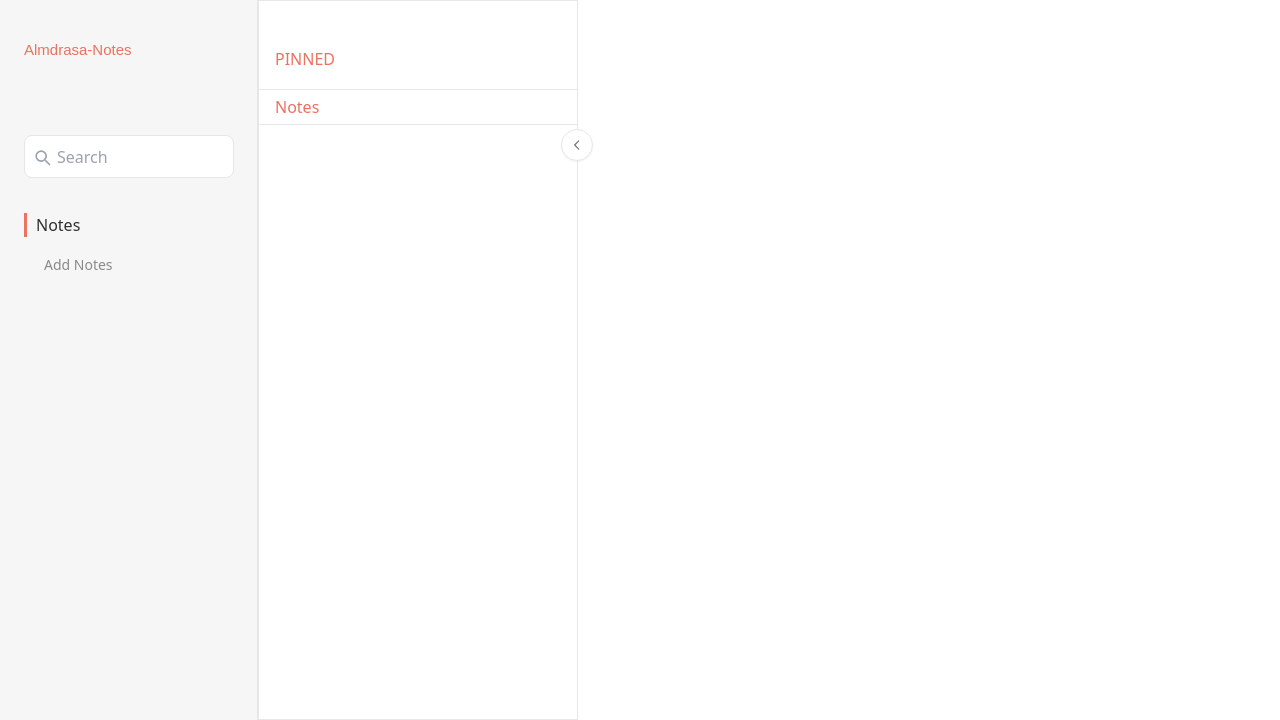
Repository: wafaa399/Note-App
Page: index.html
An editor plug-in stored every save of this project. The page is shown before and after the next save, followed by the edit.
The browser window is 1280 px wide. The pictures show the whole page.
Some web fonts or font styles are not loaded; a fallback is used. Some web libraries are served in a nearby version.

Above is the page before, as saved 2026-07-18 01:03:38.

### index.html
<!doctype html>
<html lang="en">
  <head>
    <meta charset="UTF-8" />
    <meta name="viewport" content="width=device-width, initial-scale=1.0" />
    <meta
      name="description"
      content="A notes application built with HTML, CSS, and JavaScript."
    />
    <meta name="keywords" content="notes, HTML, CSS, JavaScript" />
    <link rel="icon" href="/img/Logo.png" type="image/png" />
    <title>Note App</title>
    <script src="https://cdn.tailwindcss.com"></script>
    <link rel="preconnect" href="https://fonts.googleapis.com" />
    <link rel="preconnect" href="https://fonts.gstatic.com" crossorigin />
    <link
      href="https://fonts.googleapis.com/css2?family=Aclonica&display=swap"
      rel="stylesheet"
    />

    <script>
      tailwind.config = {
        theme: {
          extend: {
            fontFamily: {
              aclonica: ["Aclonica", "sans-serif"],
            },
          },
        },
      };
    </script>
  </head>
  <script
    type="module"
    src="https://unpkg.com/ionicons@7.1.0/dist/ionicons/ionicons.esm.js"
  ></script>

  <script
    nomodule
    src="https://unpkg.com/ionicons@7.1.0/dist/ionicons/ionicons.js"
  ></script>

  <body class="bg-gray-100 h-screen overflow-hidden text-sm text-gray-800">
    <div class="flex h-screen w-screen relative">
      <!--------SIDEBAR -------->
      <aside
        id="sidebar"
        class="bg-[#F6F6F6] border-r border-gray-200 flex-shrink-0 overflow-hidden pl-6 pt-10"
        style="width: 16.125rem"
      >
        <div class="w-[8.375rem] h-[1.0625rem]">
          <h1
            class="font-aclonica text-[0.9375rem] text-[#EC7160] font-normal mb-[4.7rem]"
          >
            Almdrasa-Notes
          </h1>

        <div class="relative mb-5 w-[13.125rem] h-[2.6875rem]">
  <input
    type="text"
    placeholder="Search"
    class="w-full h-full text-[1rem] border border-[#E7E7E9] rounded-lg pl-8 py-2 outline-none focus:ring-1 focus:ring-red-400"
  />

  <svg
    class="w-5 h-5 text-gray-400 absolute left-2 top-1/2 -translate-y-1/2"
    fill="none"
    stroke="currentColor"
    viewBox="0 0 24 24"
  >
    <path
      stroke-linecap="round"
      stroke-linejoin="round"
      stroke-width="2"
      d="M21 21l-4.35-4.35M17 11a6 6 0 11-12 0 6 6 0 0112 0z"
    />
  </svg>
</div>


<div class="space-y-2">
  <button
    data-view="notes"
    class="nav-item relative w-full h-[3.3rem]  pl-3 rounded text-[1rem] font-medium text-[#303030] flex items-center"
  >
    <span
      class="absolute left-0 top-1/2 -translate-y-1/2 w-[.2rem] h-[1.5rem] bg-[#EC7160]  "
    ></span>
    Notes
  </button>

  <button
    data-view="add"
    class="nav-item w-full h-3 text-left pl-5 rounded text-[#898989] flex items-center hover:bg-gray-50"
  >
    Add Notes
  </button>
</div>
      </aside>

      <!--============NOTES LIST============ -->







       <section class="relative w-80 flex-shrink-0 border border-[#E7E7E9] bg-white text-[#EC7160] h-full">
    <div class="h-full overflow-y-auto overflow-x-hidden px-4 pt-12">
      <div class="mb-1">
        <p class="text-[1rem] font-normal mb-2">PINNED</p>
        <div id="pinnedList" class="space-y-1"></div>
      </div>

      <div class="mt-5">
        <div class="-mx-4 h-[36px] border-y border-[#E7E7E9] flex items-center">
          <p class="px-4 text-[1rem] font-normal">Notes</p>
        </div>
        <div id="notesList" class="space-y-1"></div>
      </div>
    </div>

    <button id="toggleBtn"
      class="absolute top-32 right-0 translate-x-1/2 z-20 w-8 h-8 bg-white border border-[#E7E7E9] rounded-full flex items-center justify-center shadow-sm hover:bg-gray-50 transition-all">
      <svg id="toggleIcon" class="w-3.5 h-3.5 text-gray-500 transition-transform" fill="none" stroke="currentColor" viewBox="0 0 24 24">
        <path stroke-linecap="round" stroke-linejoin="round" stroke-width="2" d="M15 19l-7-7 7-7" />
      </svg>
    </button>
  </section>

      <!----------TOGGLE BUTTON ------------->


      <!-- ============ NOTE DETAIL ============ -->
      <main class="flex-1 overflow-y-auto bg-white">
        <div id="detailView" class="max-w-2xl mx-auto p-8"></div>
      </main>
    </div>
  </body>
</html>

After the next save:
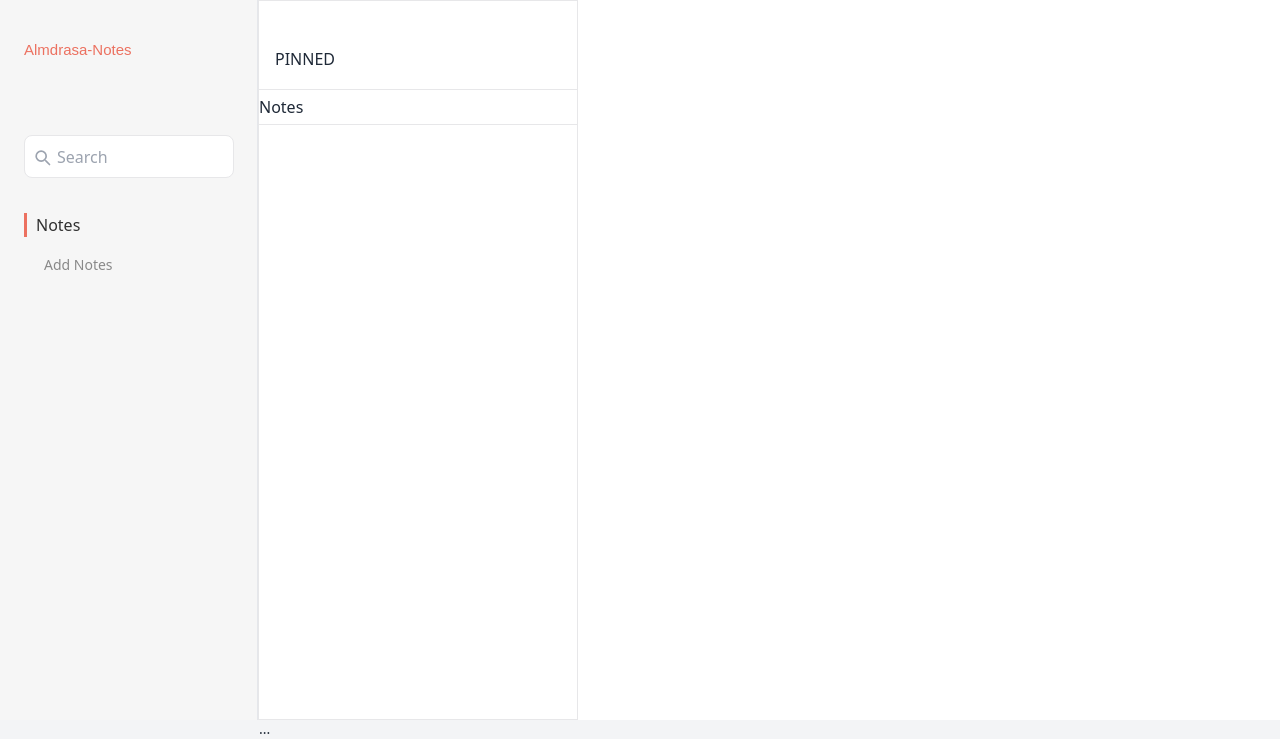
Saved 14 s later.
--- a/index.html
+++ b/index.html
@@ -100,13 +100,36 @@
 
       <!--============NOTES LIST============ -->
 
+      <section class="relative w-80 flex-shrink-0 border border-[#E7E7E9] bg-white h-full">
+  <div class="h-full overflow-y-auto overflow-x-hidden pt-12">
+
+    <div class="px-4">
+      <p class="text-[1rem] font-normal mb-2">PINNED</p>
+      <div id="pinnedList" class="space-y-1"></div>
+    </div>
+
+    <div class="mt-5">
+      <div class="-mx-4 h-[36px] border-y border-[#E7E7E9] flex items-center">
+        <p class="px-4 text-[1rem] font-normal">Notes</p>
+      </div>
+
+      <div id="notesList" class="px-4 space-y-1 mt-2">
+        <!-- النوتس هتضاف هنا -->
+      </div>
+    </div>
+
+  </div>
+
+  <button id="toggleBtn" ...>
+    ...
+  </button>
+</section>
 
 
 
 
 
-
-       <section class="relative w-80 flex-shrink-0 border border-[#E7E7E9] bg-white text-[#EC7160] h-full">
+       <!-- <section class="relative w-80 flex-shrink-0 border border-[#E7E7E9] bg-white text-[#EC7160] h-full">
     <div class="h-full overflow-y-auto overflow-x-hidden px-4 pt-12">
       <div class="mb-1">
         <p class="text-[1rem] font-normal mb-2">PINNED</p>
@@ -128,7 +151,7 @@
       </svg>
     </button>
   </section>
-
+       -->
       <!----------TOGGLE BUTTON ------------->
 
 
